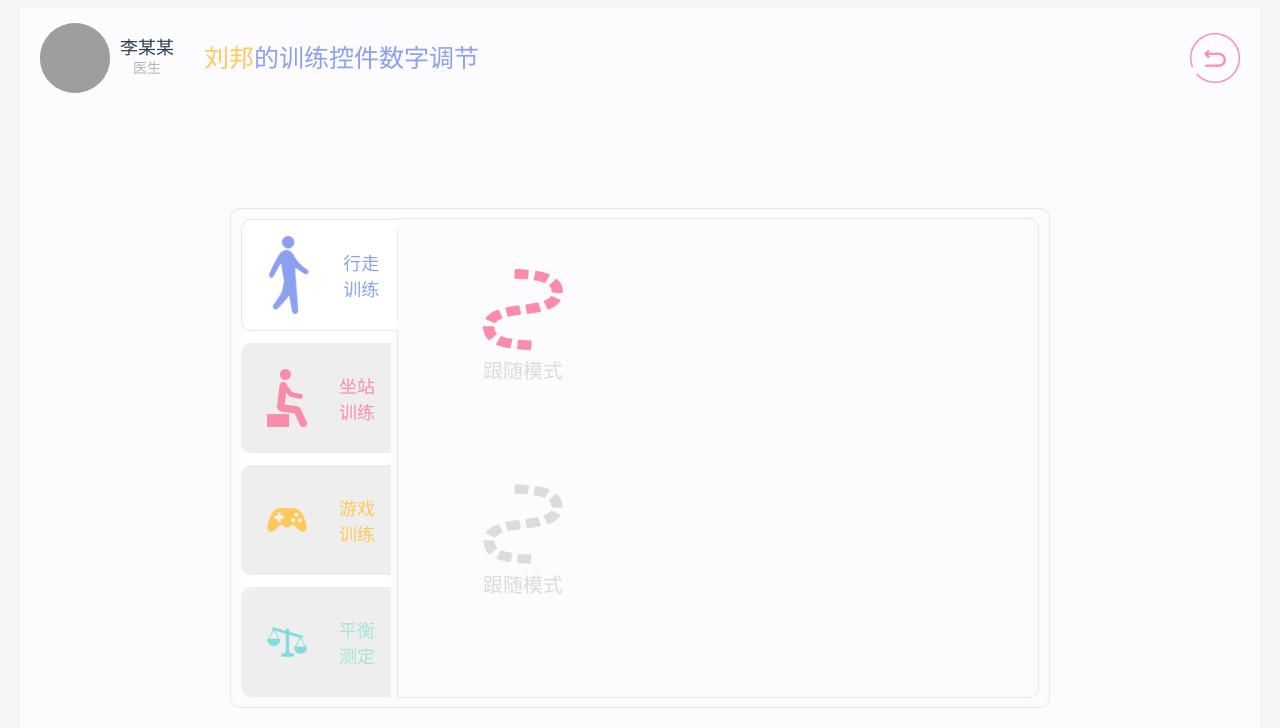
Repository: wangdanqing90/electron-vue-doctor
Page: /#/trainingAdjust
These files come from the project's save history. The page is drawn as it stood at one moment and after the next save; the edit follows.
The browser window is 1280 px wide. The pictures show the whole page.
Pictures or frames that could not be fetched are drawn as grey boxes. The project was rebuilt for these pictures with package versions that can differ from the ones it lists, and the page was loaded fresh each time. Also part of the build but not shown: vue.config.js, src/views/Home.vue, src/assets/styles/variable.scss, src/assets/styles/iconfont.css.

Above is the page before, as saved 2020-01-15 10:51:52.

After the next save:
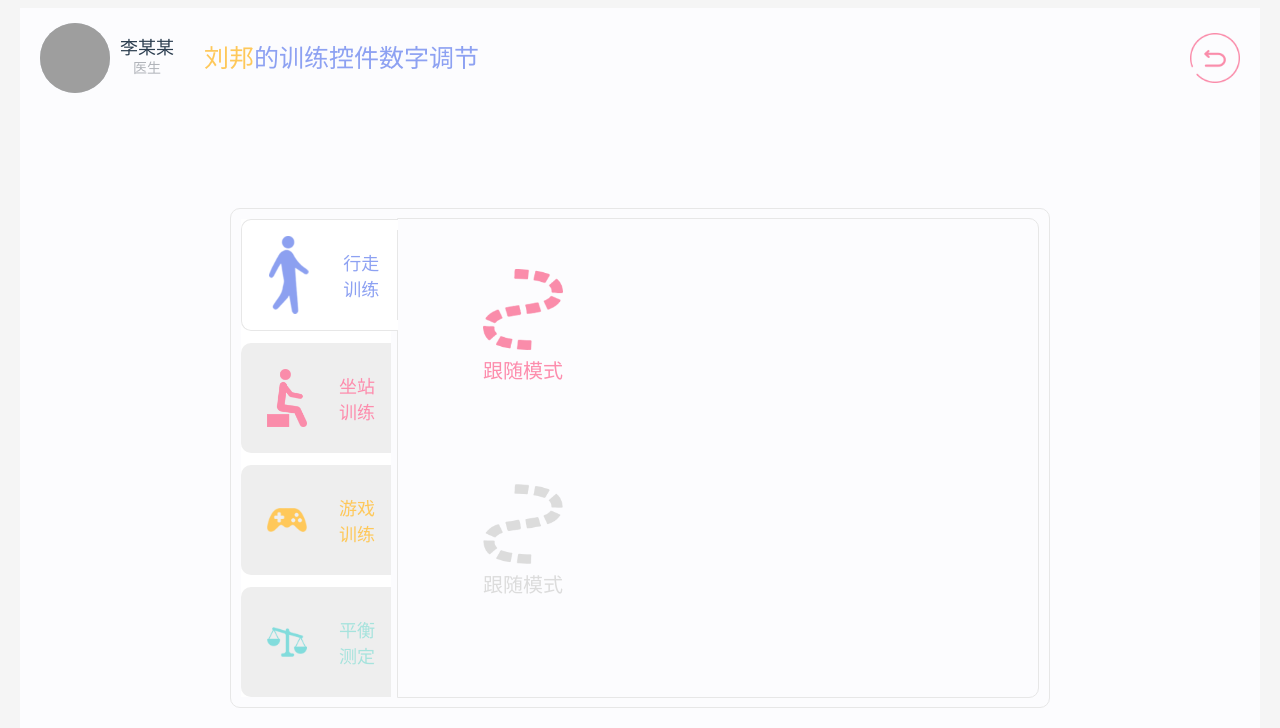
Saved 16 s later.
--- a/src/views/TrainingAdjust/TrainingAdjust.vue
+++ b/src/views/TrainingAdjust/TrainingAdjust.vue
@@ -198,8 +198,8 @@ export default {
       border-bottom: 1px solid #e7e7e7;
       border-left: 1px solid #e7e7e7;
       border-radius: 0 10px 10px 0;
+      color: #dcdcdc;
       .adjust-container {
-        color: #dcdcdc;
         width: 210px;
         padding: 50px 20px;
         .purpleFontColor {
